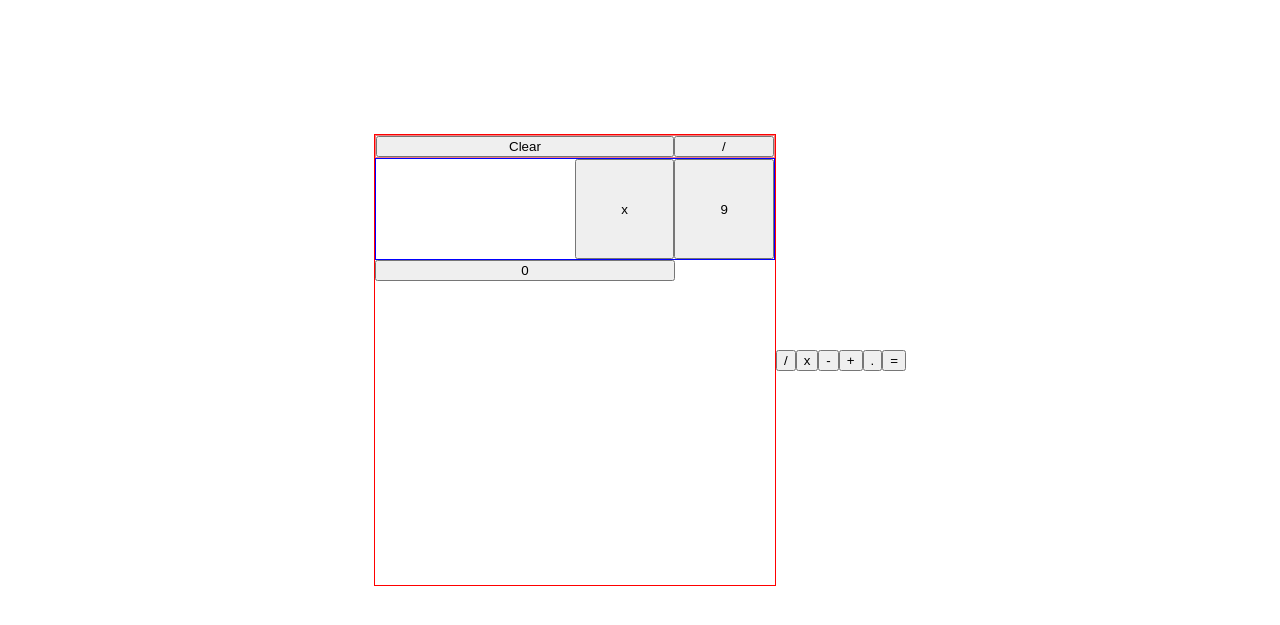
Repository: kocokoy/Calculator
Page: index.html
These files come from the project's save history. The page is drawn as it stood at one moment and after the next save; the edit follows.
The browser window is 1280 px wide. The pictures show the whole page.

Above is the page before, as saved 2024-10-22 15:02:03.

After the next save:
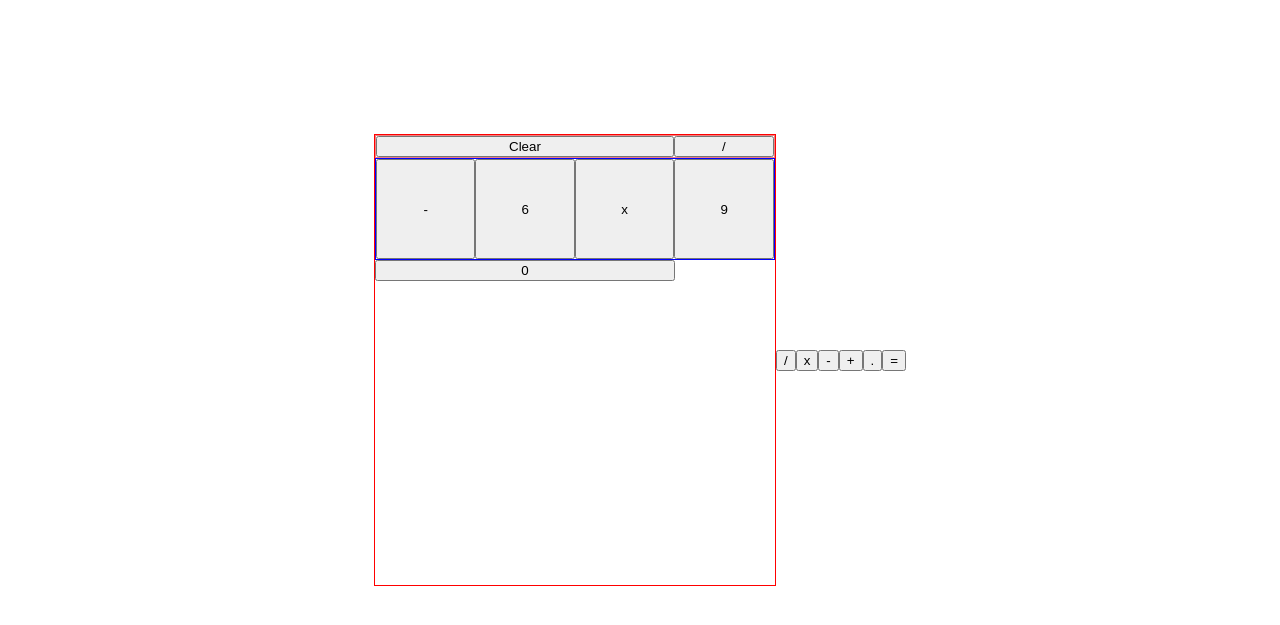
Saved 27 s later.
--- a/script.js
+++ b/script.js
@@ -42,7 +42,15 @@ for(const num of descendedNumber){
         button.textContent = num;
         operandButton.textContent = operand;
         numberContainer.appendChild(button);
-        numberContainer.appendChild(operandButton);;
+        numberContainer.appendChild(operandButton);
+        continue;
+      }else if(num === 6 && operand === '-'){
+        button.classList.add('zero-button');
+        operandButton.classList.add('operand-button');
+        button.textContent = num;
+        operandButton.textContent = operand;
+        numberContainer.appendChild(button);
+        numberContainer.appendChild(operandButton);
         continue;
       }
     }
